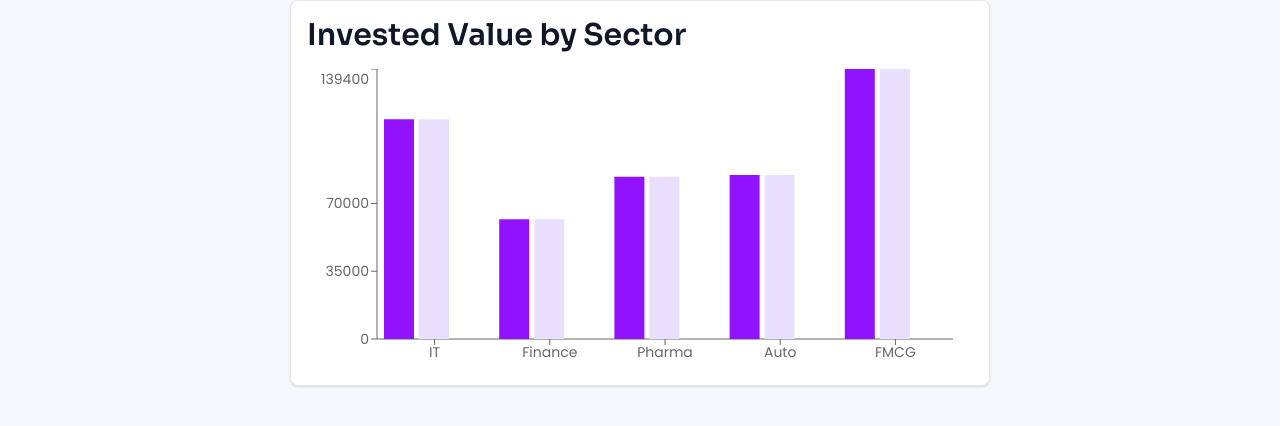
Repository: jabir12-12/inten-project
Page: /components/barchart
The author's editor kept a copy of each file at every save. The page is drawn from the files as they stood at one save, then again after the next save.
The browser window is 1280 px wide. The pictures show the whole page.
The page's requests for data from a server got no answer. The project was rebuilt for these pictures with package versions that can differ from the ones it lists, and the page was loaded fresh each time. The framework's server and built-in components were replaced by stand-ins that run in the browser. No one was signed in, and anything a server would have sent is missing. Also part of the build but not shown: next.config.ts.

Above is the page before, as saved 2025-05-17 23:37:50.

After the next save:
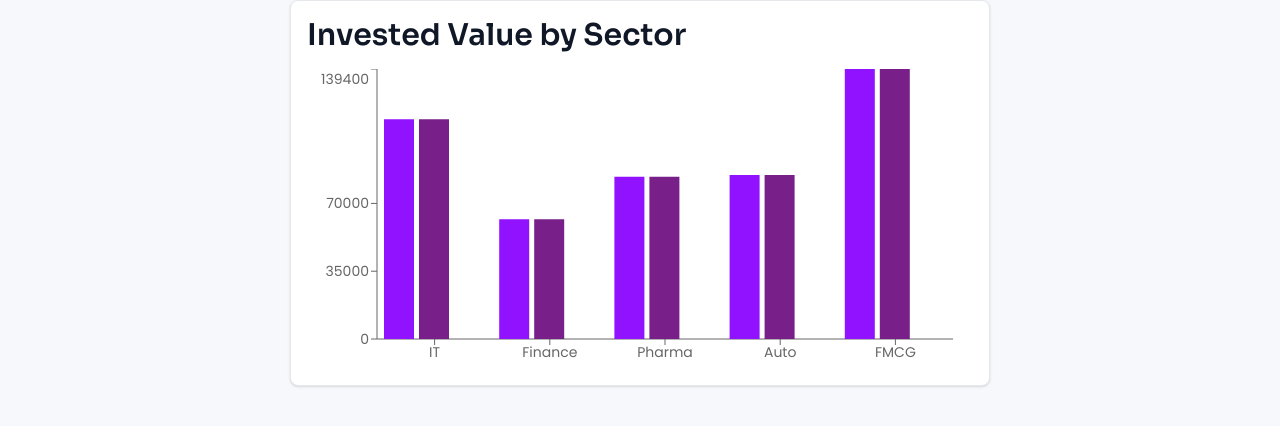
Saved 102 s later.
--- a/src/pages/components/barchart.tsx
+++ b/src/pages/components/barchart.tsx
@@ -164,7 +164,7 @@ export default function BarChartComponent() {
                                     <p style={{ color: '#9012FF' }}>
                                         Invested: ₹{invested.toLocaleString("en-IN")}
                                     </p>
-                                    <p style={{ color: '#E9E0FF' }}>
+                                    <p style={{ color: '#791F89' }}>
                                         Current: ₹{current.toLocaleString("en-IN")}
                                     </p>
                                     <p style={{ color: gainLossColor }}>
@@ -176,7 +176,7 @@ export default function BarChartComponent() {
                     />
                     <Legend wrapperStyle={{ display: 'none' }} />
                     <Bar dataKey="invested" name="Invested" fill="#9012FF" barSize={30} />
-                    <Bar dataKey="current" name="Current" fill="#E9E0FF" barSize={30} />
+                    <Bar dataKey="current" name="Current" fill="#791F89" barSize={30} />
                     <Bar dataKey="gainLoss" name="Gain/Loss" barSize={30}>
                         {barChartData.map((entry, index) => (
                             <Cell key={`cell-${index}`} fill={entry.gainLoss >= 0 ? "#17B26A" : "#F04438"} />
